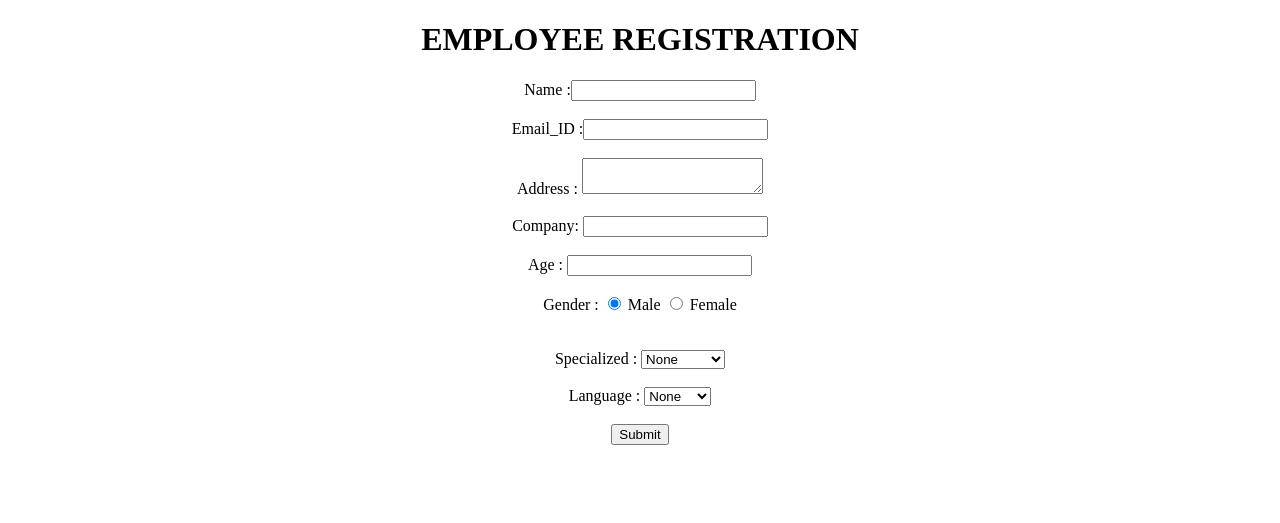
Repository: sunil965/JDBC-Servlet-JSP
Page: http://localhost/JspRegistrationTask/employee.jsp
The author's editor kept a copy of each file at every save. The page is drawn from the files as they stood at one save, then again after the next save.
The browser window is 1280 px wide. The pictures show the whole page.
The page is served by Tomcat 9.

Above is the page before, as saved 2017-05-02 12:41:29.

After the next save:
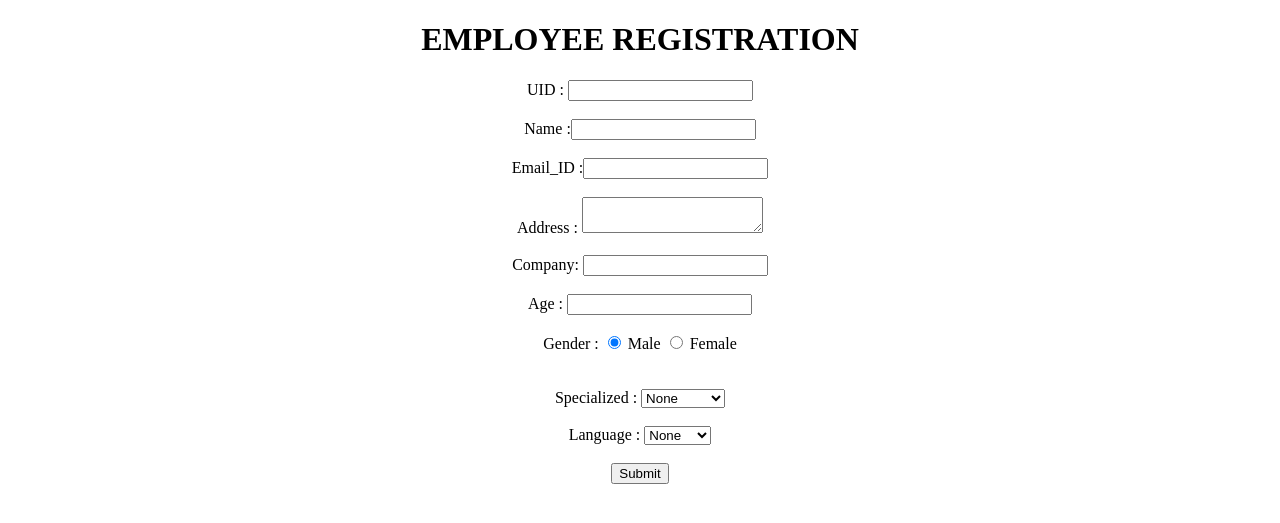
Saved 36 min 3 s later.
--- a/JspRegistrationTask/WebContent/employee.jsp
+++ b/JspRegistrationTask/WebContent/employee.jsp
@@ -10,6 +10,7 @@
 <div align="center">
  <h1>EMPLOYEE REGISTRATION</h1>
 	<form action="employeeRegister" method="post">
+		UID : <input type="text" name="uid"><br><br>
 		Name :<input type="text" name="uname"><br><br>
 		Email_ID :<input type="email" name="mail"><br><br>
 		Address : <textarea rows="2" cols="20" name="address"></textarea><br><br>
